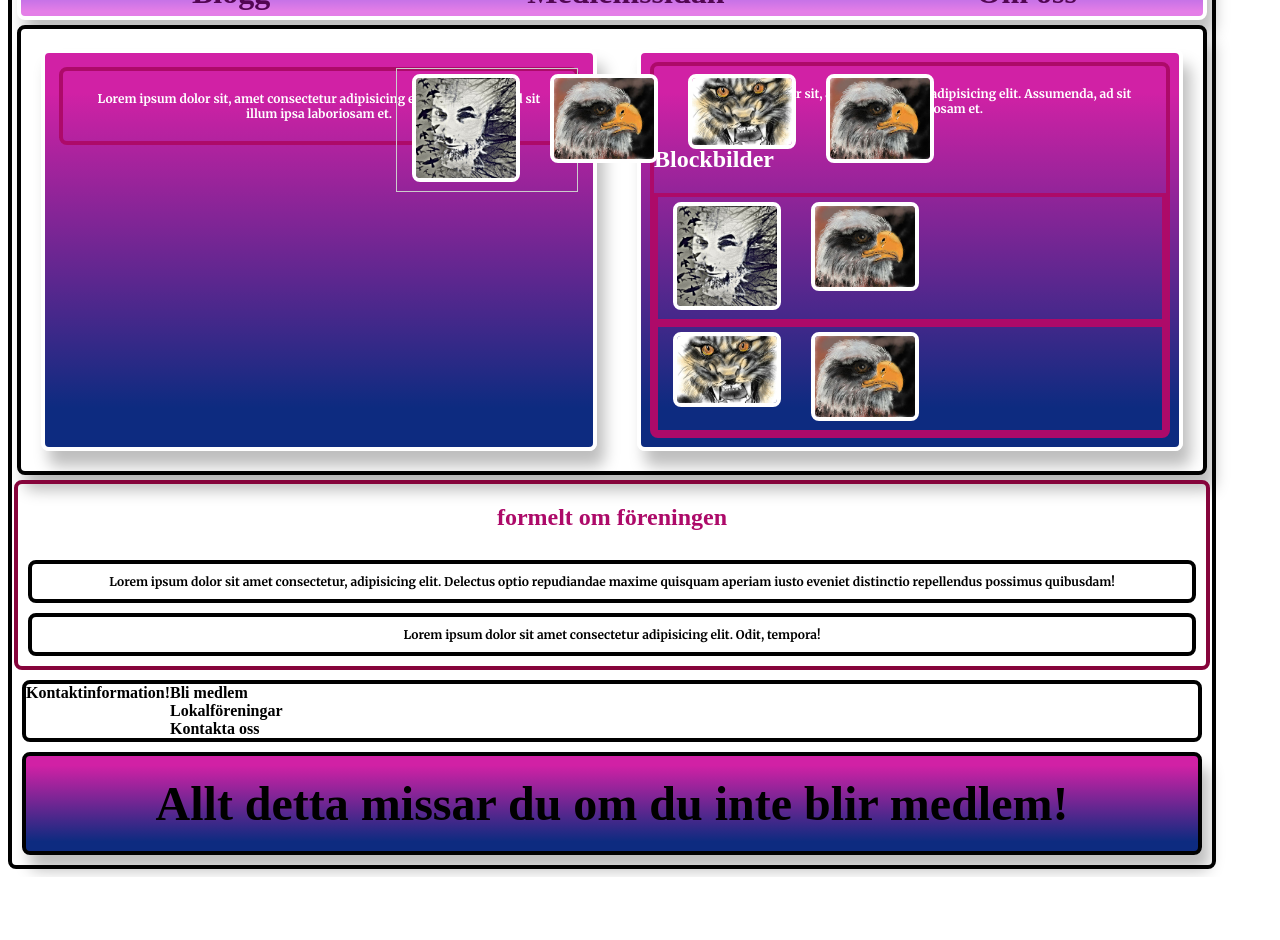
Repository: Webutveckling-20-21/lektion-3-CSS
Page: medlemssidan.html
The author's editor kept a copy of each file at every save. The page is drawn from the files as they stood at one save, then again after the next save.
The browser window is 1280 px wide. The pictures show the part of the page from y = 117 to 1057 px (the page is 1057 px tall).
A picture or video elsewhere on the page could not be fetched, so the positions and the page height are approximate. Some web fonts or font styles are not loaded; a fallback is used.

Above is the page before, as saved 2021-10-07 14:11:37.

After the next save:
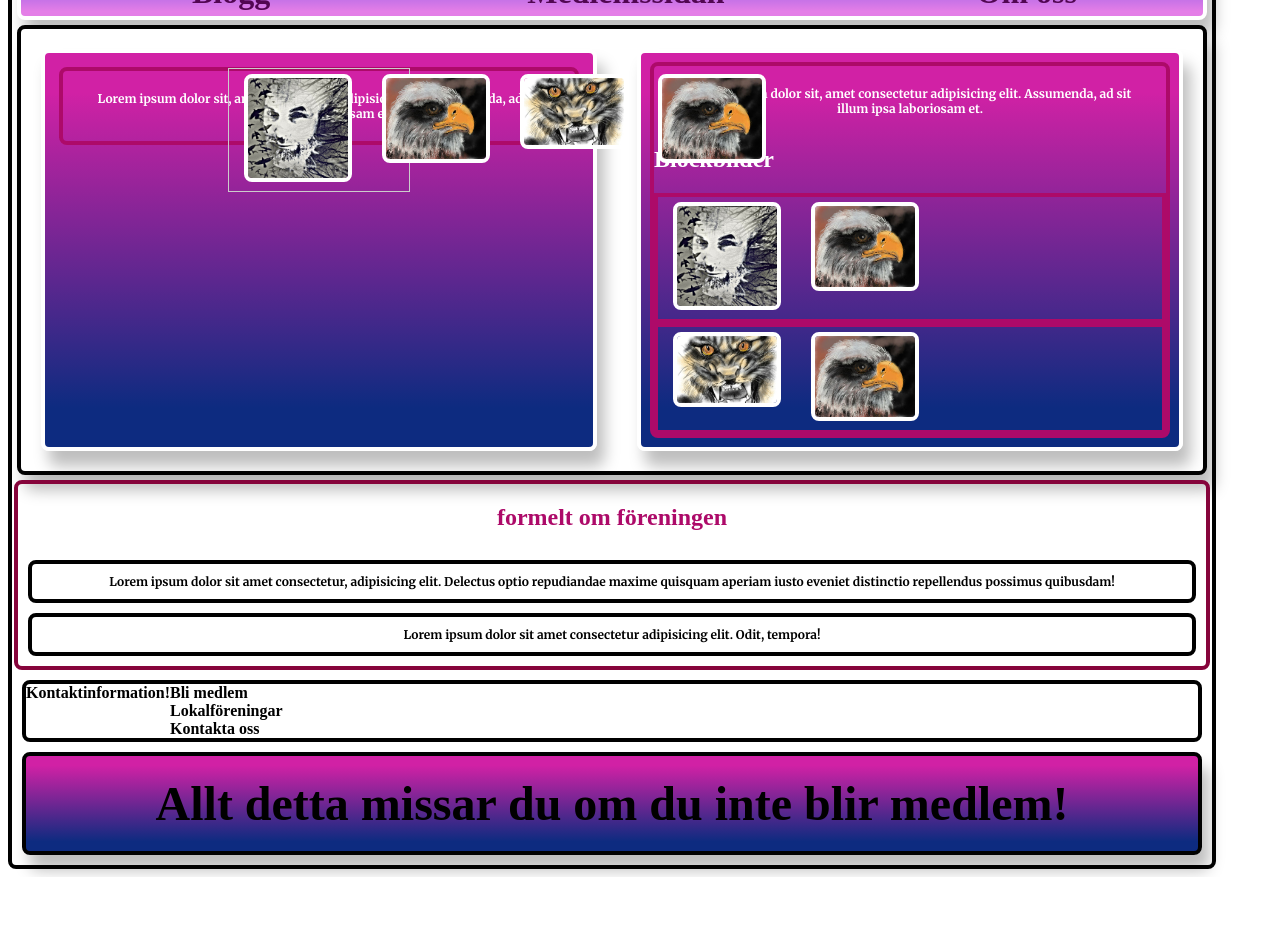
Saved 24 s later.
--- a/style4.css
+++ b/style4.css
@@ -170,7 +170,7 @@ a:hover {
 .gallery{
     position:absolute;
     display:flex;
-    align-self: flex-end;
+    align-self: center;
 
     margin: 5px;
     border: 1px solid #ccc;
